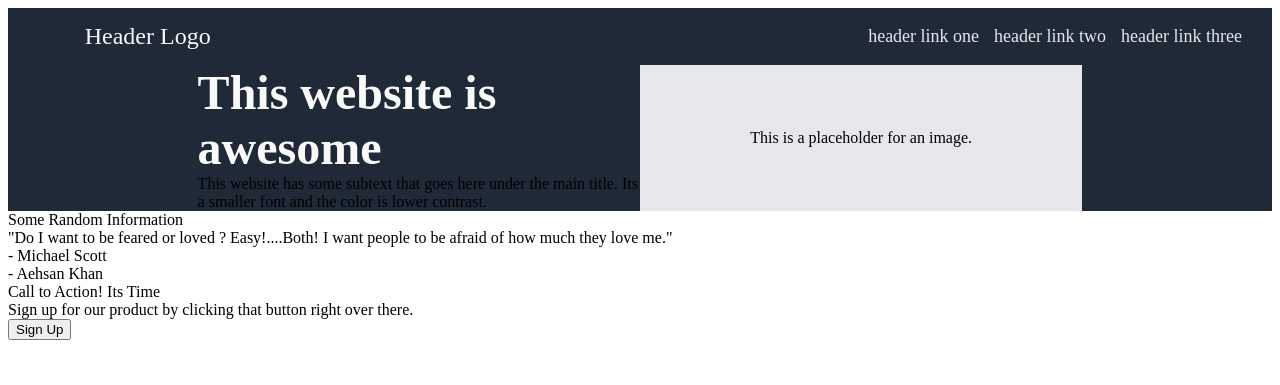
Repository: Aehsan4004/odinlandpage
Page: index.html
These files come from the project's save history. The page is drawn as it stood at one moment and after the next save; the edit follows.
The browser window is 1280 px wide. The pictures show the whole page.

Above is the page before, as saved 2025-02-10 09:56:35.

### index.html
<!DOCTYPE html>
<html lang="en">
<head>
    <meta charset="UTF-8">
    <meta name="viewport" content="width=device-width, initial-scale=1.0">
    <title>Odin Project Landing Page</title>
    <link rel="stylesheet" href="styles.css">
</head>
<body>
    <div class="one">
        <div class="logo">
            Header Logo
        </div>
        <div class="head-links">
            <ul>
                <li>header link one</li>
                <li>header link two</li>
                <li>header link three</li>
            </ul>
        </div>
    </div>

    <div class="two">
        <div class="left-box">
            <div class="title">
                This website is awesome
            </div>

            <div class="content">
                This website has some subtext that goes here under the main title. Its a smaller font and the color is lower contrast.
            </div>

        </div>
        <div class="right-box">
            This is a placeholder for an image.
        </div>

    </div>

    <div class="three">
        <div class="opt-head">
            Some Random Information
        </div>
        <div class="menu-box">
            <div class="box" id="1"></div>
            <div class="box" id="2"></div>
            <div class="box" id="3"></div>
            <div class="box" id="4"></div>
        </div>

    </div>

    <div class="four">
        <div class="quote">
            "Do I want to be feared or loved ?
             Easy!....Both!
             I want people to be afraid of how much they love me."
        </div>
        <div class="quoter"> - Michael Scott</div>
        <div class="requoter"> - Aehsan Khan</div>
    </div>

    <div class="five">
        <div class="foot-box">
            <div class="call2act">
                <div class="main"> Call to Action! Its Time</div>
                <div class="supp">Sign up for our product by clicking that button right over there.</div>
            </div>
            <button class="signup-btn">Sign Up</button>
        </div>

    </div>
</body>
</html>

### styles.css
body {
    display: flex;
    flex-direction: column;
    /* flex: 1 1 100%; */
    /* min-height: 100%; */
    /* align-items: center; */
    justify-content: center;
}

.one {
    display: flex;
    justify-content: space-between;
    align-items: center;
    background-color: #1f2937;
    padding: 15px;
}

.logo {
    font-size: 24px;
    color: #f9faf8;
    margin-left: 5%;
}

.head-links {
    color: #e5e7eb;
    font-size: 18px;
    /* margin: 15px; */
    margin-right: 15px;
}

ul {
    list-style: none;  /* Removes bullet points */
    padding: 0;
    margin: 0;
    display: flex;  /* Makes list items appear in a row */
    gap: 15px;  /* Adds spacing between items */
}

.two {
    display: flex;
    background-color: #1f2937;
    justify-content: center;
    /* margin-top: 20px; */
}
.left-box {
    display: flex;
    flex-direction: column;
    justify-content: center;
    align-items: flex-start;
    /* flex: 1 1 40%; */
    width: 35%;
    flex-wrap: wrap;
}

.title {
    font-weight: 900;
    color: #f9faf8;
    font-size: 48px;
}

.right-box {
    display: flex;
    /* flex: 1 1 40%; */
    width: 35%;
    background-color: #e5e7eb;
    flex-wrap: wrap;
    justify-content: center;
    align-items: center;
}

After the next save:
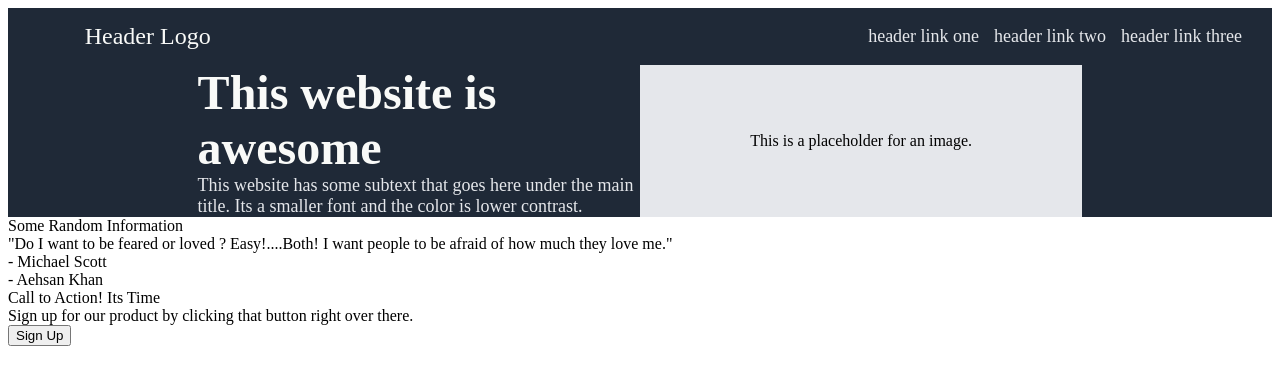
Saved 2 min 34 s later.
--- a/styles.css
+++ b/styles.css
@@ -58,6 +58,11 @@ ul {
     font-size: 48px;
 }
 
+.content {
+    font-size: 18px;
+    color: #e5e7eb;
+}
+
 .right-box {
     display: flex;
     /* flex: 1 1 40%; */
